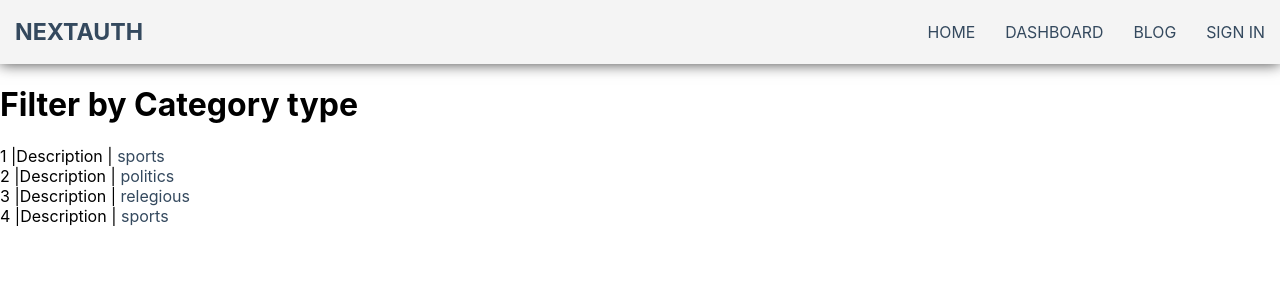
Repository: adeel146/nextjs
Page: /news
These files come from the project's save history. The page is drawn as it stood at one moment and after a run of saves; the edit follows.
The browser window is 1280 px wide. The pictures show the whole page.
The page's requests for data from a server got no answer. The project was rebuilt for these pictures with package versions that can differ from the ones it lists, and the page was loaded fresh each time. The framework's server and built-in components were replaced by stand-ins that run in the browser. No one was signed in, and anything a server would have sent is missing. Requests to the local data server were answered from the project's data file. Also part of the build but not shown: next.config.js.

Above is the page before, as saved 2022-02-15 19:03:17.

### pages/_app.js
import Navbar from "../components/Navbar";
import "../styles/globals.css";
import { Provider } from "next-auth/client"
import "../components/Navbar.css";

function MyApp({ Component, pageProps}) {
  return (
    <Provider session={pageProps.session}>
      <Navbar />
      <Component {...pageProps} />
    </Provider>
  );
}

export default MyApp;

### pages/news/index.js
import Link from "next/link";

function index({ news }) {
  return (
    <div>
      <h1>Filter by Category type</h1>
      {news.map((news) => {
        return (
          <div key ={news.id}>
            <ul>
              <li>
                {news.id} |{news.description} |{" "}
                <Link href={`news/${news.type}`}>
                  <a> {news.type}</a>
                </Link>
              </li>
            </ul>
            <div />
          </div>
        );
      })}
    </div>
  );
}
export default index;

export async function getServerSideProps() {
  const response = await fetch("http://localhost:4000/news");
  const data = await response.json();
  return {
    props: {
      news: data,
    },
  };
}

### components/Navbar.js
import Link from "next/link";
import { signIn, signOut, useSession } from "next-auth/client";

function Navbar() {
  const [session, Loading] = useSession();
  return (
    <nav className="header">
      <h1 className="logo">
        <a href="#">NextAuth</a>
      </h1>
      <ul className={`main-nav `}>
        <li>
          <Link href="/">
            <a>Home</a>
          </Link>
        </li>
        <li>
          <Link href="/dashboard">
            <a>Dashboard</a>
          </Link>
        </li>
        <li>
          <Link href="/blog">
            <a>Blog</a>
          </Link>
        </li>

        {!session && (
          <li>
            <Link href="/api/auth/signin">
              <a
                onClick={(e) => {
                  e.preventDefault();
                  signIn();
                }}
              >
                Sign In
              </a>
            </Link>
          </li>
        )}
        {session && (
          <li>
            <Link href="/api/auth/signout">
              <a
                onClick={(e) => {
                  e.preventDefault();
                  signOut();
                }}
              >
                Sign Out
              </a>
            </Link>
          </li>
        )}
      </ul>
    </nav>
  );
}

export default Navbar;

### components/Navbar.css
ul {
    margin: 0;
    padding: 0;
    list-style: none;
  }

  h2,
  h3,
  a {
    color: #34495e;
  }

  a {
    text-decoration: none;
  }

  .logo {
    margin: 0;
    font-size: 1.45em;
  }

  .main-nav {
    display: flex;
    margin-top: 5px;
  }

  .logo a,
  .main-nav a {
    padding: 10px 15px;
    text-transform: uppercase;
    text-align: center;
    display: block;
  }

  .main-nav a {
    color: #34495e;
    font-size: 0.99em;
  }

  .main-nav a:hover {
    color: #718daa;
  }

  .header {
    display: flex;
    justify-content: space-between;
    padding-top: 0.5em;
    padding-bottom: 0.5em;
    background-color: #f4f4f4;
    -webkit-box-shadow: 0px 0px 14px 0px rgba(0, 0, 0, 0.75);
    -moz-box-shadow: 0px 0px 14px 0px rgba(0, 0, 0, 0.75);
    box-shadow: 0px 0px 14px 0px rgba(0, 0, 0, 0.75);
  }

  .loading {
    opacity: 0;
    transition: all 0.2s ease-in;
  }

  .loaded {
    opacity: 1;
    transition: all 0.2s ease-in;
  }

### db.json
{
    "users":[
    {
      "id": 1,
      "name": "Leanne Graham",
      "price": "700",
      "email": "Sincere@april.biz",
      "address": {
        "street": "Kulas Light",
        "suite": "Apt. 556",
        "city": "Gwenborough",
        "zipcode": "92998-3874",
        "geo": {
          "lat": "-37.3159",
          "lng": "81.1496"
        }
      },
      "phone": "1-770-736-8031 x56442",
      "website": "hildegard.org",
      "company": {
        "name": "Romaguera-Crona",
        "catchPhrase": "Multi-layered client-server neural-net",
        "bs": "harness real-time e-markets"
      }
    },
    {
      "id": 2,
      "name": "Ervin Howell",
      "price": "11000",
      "email": "Shanna@melissa.tv",
      "address": {
        "street": "Victor Plains",
        "suite": "Suite 879",
        "city": "Wisokyburgh",
        "zipcode": "90566-7771",
        "geo": {
          "lat": "-43.9509",
          "lng": "-34.4618"
        }
      },
      "phone": "010-692-6593 x09125",
      "website": "anastasia.net",
      "company": {
        "name": "Deckow-Crist",
        "catchPhrase": "Proactive didactic contingency",
        "bs": "synergize scalable supply-chains"
      }
    },
    {
      "id": 3,
      "name": "Clementine Bauch",
      "price": "800",
      "email": "Nathan@yesenia.net",
      "address": {
        "street": "Douglas Extension",
        "suite": "Suite 847",
        "city": "McKenziehaven",
        "zipcode": "59590-4157",
        "geo": {
          "lat": "-68.6102",
          "lng": "-47.0653"
        }
      },
      "phone": "1-463-123-4447",
      "website": "ramiro.info",
      "company": {
        "name": "Romaguera-Jacobson",
        "catchPhrase": "Face to face bifurcated interface",
        "bs": "e-enable strategic applications"
      }
    },
    {
      "id": 4,
      "name": "Patricia Lebsack",
      "price": "500",
      "email": "Julianne.OConner@kory.org",
      "address": {
        "street": "Hoeger Mall",
        "suite": "Apt. 692",
        "city": "South Elvis",
        "zipcode": "53919-4257",
        "geo": {
          "lat": "29.4572",
          "lng": "-164.2990"
        }
      },
      "phone": "493-170-9623 x156",
      "website": "kale.biz",
      "company": {
        "name": "Robel-Corkery",
        "catchPhrase": "Multi-tiered zero tolerance productivity",
        "bs": "transition cutting-edge web services"
      }
    },
    {
      "id": 5,
      "name": "Chelsey Dietrich",
      "price": "600",
      "email": "Lucio_Hettinger@annie.ca",
      "address": {
        "street": "Skiles Walks",
        "suite": "Suite 351",
        "city": "Roscoeview",
        "zipcode": "33263",
        "geo": {
          "lat": "-31.8129",
          "lng": "62.5342"
        }
      },
      "phone": "(254)954-1289",
      "website": "demarco.info",
      "company": {
        "name": "Keebler LLC",
        "catchPhrase": "User-centric fault-tolerant solution",
        "bs": "revolutionize end-to-end systems"
      }
    },
    {
      "id": 6,
      "name": "Mrs. Dennis Schulist",
      "price": "200",
      "email": "Karley_Dach@jasper.info",
      "address": {
        "street": "Norberto Crossing",
        "suite": "Apt. 950",
        "city": "South Christy",
        "zipcode": "23505-1337",
        "geo": {
          "lat": "-71.4197",
          "lng": "71.7478"
        }
      },
      "phone": "1-477-935-8478 x6430",
      "website": "ola.org",
      "company": {
        "name": "Considine-Lockman",
        "catchPhrase": "Synchronised bottom-line interface",
        "bs": "e-enable innovative applications"
      }
    },
    {
      "id": 7,
      "name": "Kurtis Weissnat",
      "price": "1000",
      "email": "Telly.Hoeger@billy.biz",
      "address": {
        "street": "Rex Trail",
        "suite": "Suite 280",
        "city": "Howemouth",
        "zipcode": "58804-1099",
        "geo": {
          "lat": "24.8918",
          "lng": "21.8984"
        }
      },
      "phone": "210.067.6132",
      "website": "elvis.io",
      "company": {
        "name": "Johns Group",
        "catchPhrase": "Configurable multimedia task-force",
        "bs": "generate enterprise e-tailers"
      }
    },
    {
      "id": 8,
      "name": "Nicholas Runolfsdottir V",
      "price": "300",
      "email": "Sherwood@rosamond.me",
      "address": {
        "street": "Ellsworth Summit",
        "suite": "Suite 729",
        "city": "Aliyaview",
        "zipcode": "45169",
        "geo": {
          "lat": "-14.3990",
          "lng": "-120.7677"
        }
      },
      "phone": "586.493.6943 x140",
      "website": "jacynthe.com",
      "company": {
        "name": "Abernathy Group",
        "catchPhrase": "Implemented secondary concept",
        "bs": "e-enable extensible e-tailers"
      }
    },
    {
      "id": 9,
      "name": "Glenna Reichert",
      "price": "1000",
      "email": "Chaim_McDermott@dana.io",
      "address": {
        "street": "Dayna Park",
        "suite": "Suite 449",
        "city": "Bartholomebury",
        "zipcode": "76495-3109",
        "geo": {
          "lat": "24.6463",
          "lng": "-168.8889"
        }
      },
      "phone": "(775)976-6794 x41206",
      "website": "conrad.com",
      "company": {
        "name": "Yost and Sons",
        "catchPhrase": "Switchable contextually-based project",
        "bs": "aggregate real-time technologies"
      }
    },
    {
      "id": 10,
      "name": "Clementina DuBuque",
      "price": "400",
      "email": "Rey.Padberg@karina.biz",
      "address": {
        "street": "Kattie Turnpike",
        "suite": "Suite 198",
        "city": "Lebsackbury",
        "zipcode": "31428-2261",
        "geo": {
          "lat": "-38.2386",
          "lng": "57.2232"
        }
      },
      "phone": "024-648-3804",
      "website": "ambrose.net",
      "company": {
        "name": "Hoeger LLC",
        "catchPhrase": "Centralized empowering task-force",
        "bs": "target end-to-end models"
      }
    }
  ],
"news":[
    {
        "id":1,
        "title":"ABC",
        "type":"sports",
        "description":"Description"
    },
    {
        "id":2,
        "title":"XYZ",
        "type":"politics",
        "description":"Description"
    },
    {
        "id":3,
        "title":"PKR",
        "type":"relegious",
        "description":"Description"
    },
    {
        "id":4,
        "title":"PLE",
        "type":"sports",
        "description":"Description"
    }
],
"dashboard":{
        "id":1,
        "totalposts":"100",
        "likes":"200"
    }
}

Loaded but not shown: styles/globals.css (common file)

After the next 5 saves:
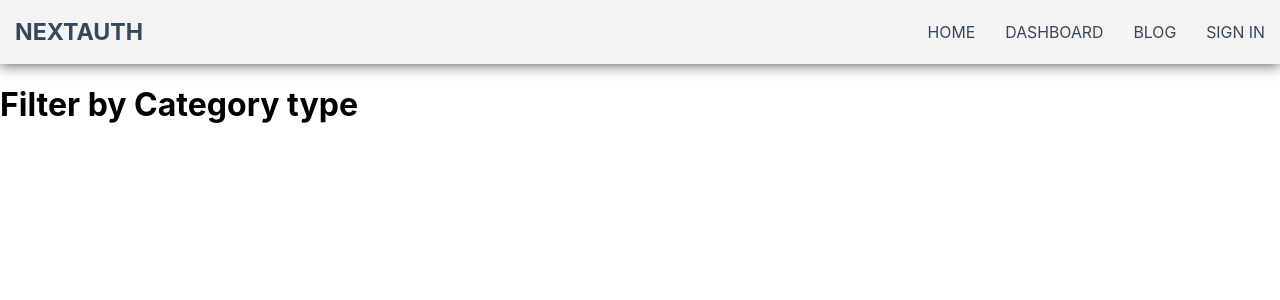
The 5 saves are shown as one change because they came seconds apart.
The last was saved 2 min 26 s later.
--- a/pages/news/index.js
+++ b/pages/news/index.js
@@ -5,19 +5,19 @@
     <div>
       <h1>Filter by Category type</h1>
       {news.map((news) => {
-        return (
-          <div key ={news.id}>
-            <ul>
-              <li>
-                {news.id} |{news.description} |{" "}
-                <Link href={`news/${news.type}`}>
-                  <a> {news.type}</a>
-                </Link>
-              </li>
-            </ul>
-            <div />
-          </div>
-        );
+        return;
+
+        <div key={news.id}>
+          <ul>
+            <li>
+              {news.id} |{news.description} |{" "}
+              <Link href={`news/${news.type}`}>
+                <a> {news.type}</a>
+              </Link>
+            </li>
+          </ul>
+          <div />
+        </div>;
       })}
     </div>
   );

After the 2 saves that followed:
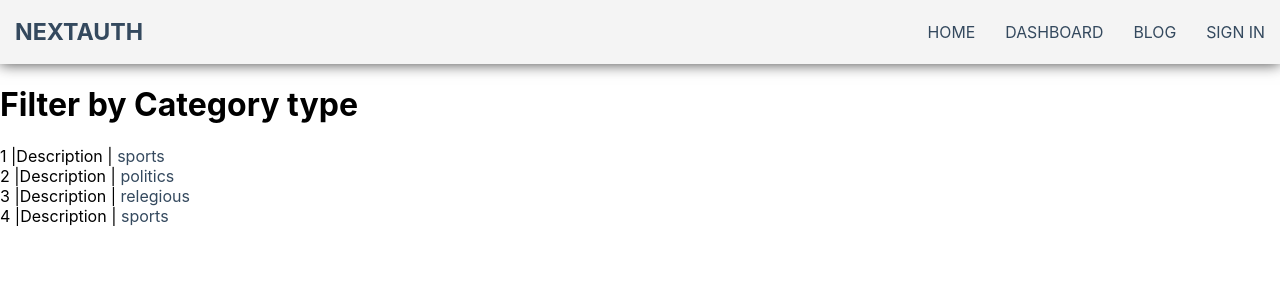
The 2 saves are shown as one change because they came seconds apart.
The last was saved 10 s later.
--- a/pages/news/index.js
+++ b/pages/news/index.js
@@ -5,19 +5,19 @@
     <div>
       <h1>Filter by Category type</h1>
       {news.map((news) => {
-        return;
-
-        <div key={news.id}>
-          <ul>
-            <li>
-              {news.id} |{news.description} |{" "}
-              <Link href={`news/${news.type}`}>
-                <a> {news.type}</a>
-              </Link>
-            </li>
-          </ul>
-          <div />
-        </div>;
+        return (
+          <div key={news.id}>
+            <ul>
+              <li>
+                {news.id} |{news.description} |{" "}
+                <Link href={`news/${news.type}`}>
+                  <a> {news.type}</a>
+                </Link>
+              </li>
+            </ul>
+            <div />
+          </div>
+        );
       })}
     </div>
   );
